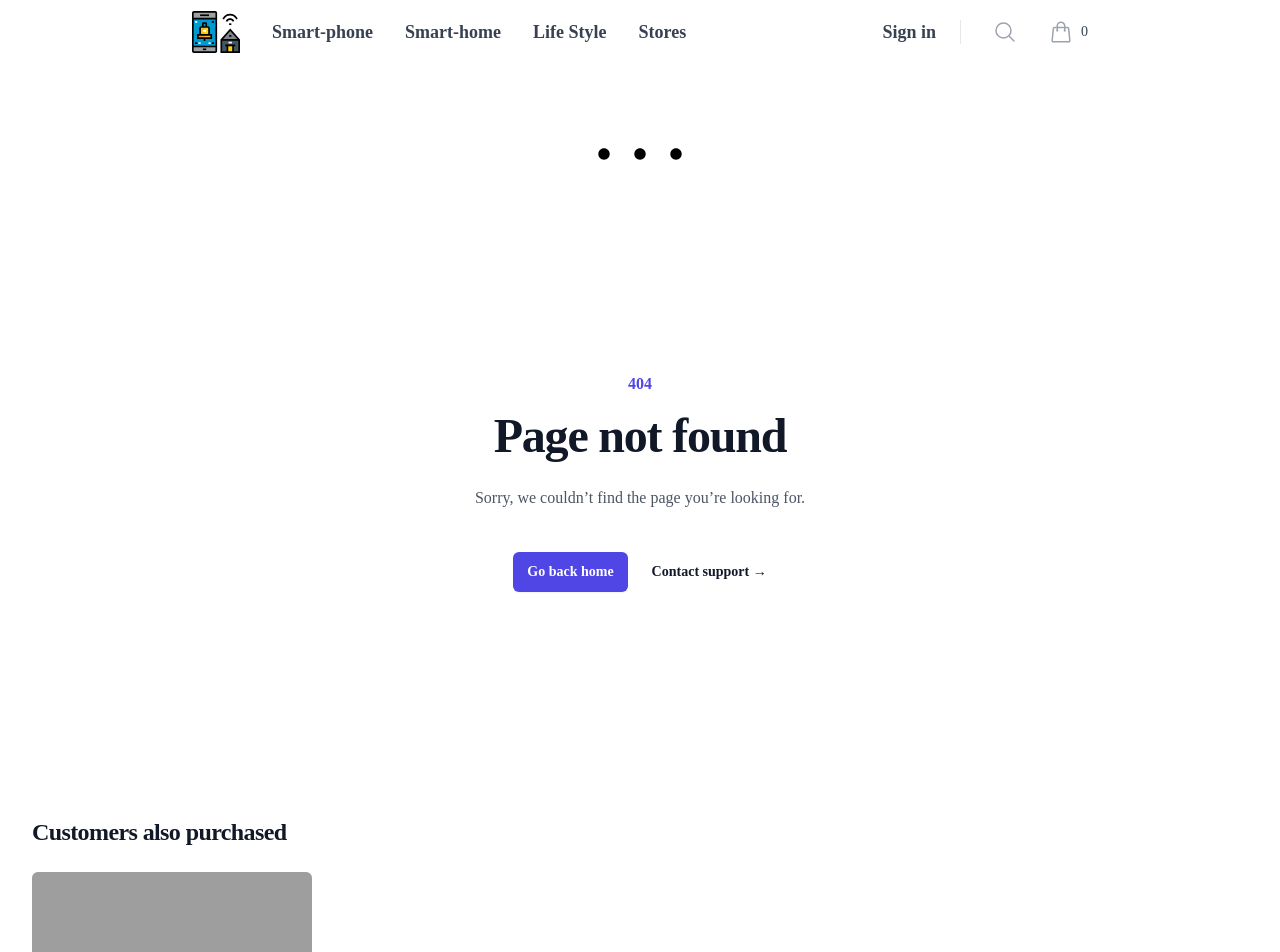
Repository: Gunplay/Smart-Home
Page: /
These files come from the project's save history. The page is drawn as it stood at one moment and after the next save; the edit follows.
The browser window is 1280 px wide. The pictures show the part of the page from y = 0 to 952 px (the page is 1964 px tall before and 1944 px after).
Pictures or frames that could not be fetched are drawn as grey boxes. The project was rebuilt for these pictures with package versions that can differ from the ones it lists, and the page was loaded fresh each time. Also part of the build but not shown: vite.config.js, vite.config.ts.

Above is the page before, as saved 2024-06-25 13:00:49.

### index.html
<!doctype html>
<html lang="en">

<head>
  <meta charset="UTF-8" />
  <link rel="icon" type="image/svg+xml" href="./src/assets/smart-home-svgrepo-com.svg" />
  <meta name="viewport" content="width=device-width, initial-scale=1.0" />
  <title>Smart-Home</title>
  <link real='stylesheet' href='src/style.css'>
</head>

<body>
  <div id="root"></div>

  <script type="module" src="/src/main.tsx"></script>
</body>

</html>

### src/main.tsx
import React from 'react';
import ReactDOM from 'react-dom/client';
import { BrowserRouter as Router } from 'react-router-dom';
import App from './App.tsx';
import './css/style.css';

ReactDOM.createRoot(document.getElementById('root')!).render(
	<React.StrictMode>
		<Router>
			<App />
		</Router>
	</React.StrictMode>
);

### src/App.tsx
// import { useState } from 'react';

// import reactLogo from './assets/react.svg';
// import viteLogo from '/vite.svg';
import AboutUs from './components/AboutUs';
import Carousel from './components/Carousel';
import Header from './components/Header';
import PageNotFound from './components/Page404';
import ProductsList from './components/ProductsList';

function App() {
	return (
		<>
			<div className='mr-[3.75rem] pt-[4.75rem] lg:pt-[5.25rem] overflow-hidden'>
				<Header />
				<Carousel />
			</div>
			<PageNotFound />

			<ProductsList />
			<AboutUs />
		</>
	);
}

export default App;

### src/components/AboutUs/index.tsx
const links = [
	{ name: 'Open roles', href: '#' },
	{ name: 'Internship program', href: '#' },
	{ name: 'Our values', href: '#' },
	{ name: 'Meet our leadership', href: '#' },
];
const stats = [
	{ name: 'Offices worldwide', value: '12' },
	{ name: 'Full-time colleagues', value: '300+' },
	{ name: 'Hours per week', value: '40' },
	{ name: 'Paid time off', value: 'Unlimited' },
];

export default function AboutUs() {
	return (
		<div className='relative isolate overflow-hidden bg-gray-900 py-24 sm:py-32'>
			<img
				src='https://images.unsplash.com/photo-1521737604893-d14cc237f11d?ixlib=rb-4.0.3&ixid=MnwxMjA3fDB8MHxwaG90by1wYWdlfHx8fGVufDB8fHx8&auto=format&fit=crop&crop=focalpoint&fp-y=.8&w=2830&h=1500&q=80&blend=111827&sat=-100&exp=15&blend-mode=multiply'
				alt=''
				className='absolute inset-0 -z-10 h-full w-full object-cover object-right md:object-center'
			/>
			<div
				className='hidden sm:absolute sm:-top-10 sm:right-1/2 sm:-z-10 sm:mr-10 sm:block sm:transform-gpu sm:blur-3xl'
				aria-hidden='true'
			>
				<div
					className='aspect-[1097/845] w-[68.5625rem] bg-gradient-to-tr from-[#ff4694] to-[#776fff] opacity-20'
					style={{
						clipPath:
							'polygon(74.1% 44.1%, 100% 61.6%, 97.5% 26.9%, 85.5% 0.1%, 80.7% 2%, 72.5% 32.5%, 60.2% 62.4%, 52.4% 68.1%, 47.5% 58.3%, 45.2% 34.5%, 27.5% 76.7%, 0.1% 64.9%, 17.9% 100%, 27.6% 76.8%, 76.1% 97.7%, 74.1% 44.1%)',
					}}
				/>
			</div>
			<div
				className='absolute -top-52 left-1/2 -z-10 -translate-x-1/2 transform-gpu blur-3xl sm:top-[-28rem] sm:ml-16 sm:translate-x-0 sm:transform-gpu'
				aria-hidden='true'
			>
				<div
					className='aspect-[1097/845] w-[68.5625rem] bg-gradient-to-tr from-[#ff4694] to-[#776fff] opacity-20'
					style={{
						clipPath:
							'polygon(74.1% 44.1%, 100% 61.6%, 97.5% 26.9%, 85.5% 0.1%, 80.7% 2%, 72.5% 32.5%, 60.2% 62.4%, 52.4% 68.1%, 47.5% 58.3%, 45.2% 34.5%, 27.5% 76.7%, 0.1% 64.9%, 17.9% 100%, 27.6% 76.8%, 76.1% 97.7%, 74.1% 44.1%)',
					}}
				/>
			</div>
			<div className='mx-auto max-w-7xl px-6 lg:px-8'>
				<div className='mx-auto max-w-2xl lg:mx-0'>
					<h2 className='text-4xl font-bold tracking-tight text-white sm:text-6xl'>
						Work with us
					</h2>
					<p className='mt-6 text-lg leading-8 text-gray-300'>
						Anim aute id magna aliqua ad ad non deserunt sunt. Qui irure qui
						lorem cupidatat commodo. Elit sunt amet fugiat veniam occaecat
						fugiat aliqua.
					</p>
				</div>
				<div className='mx-auto mt-10 max-w-2xl lg:mx-0 lg:max-w-none'>
					<div className='grid grid-cols-1 gap-x-8 gap-y-6 text-base font-semibold leading-7 text-white sm:grid-cols-2 md:flex lg:gap-x-10'>
						{links.map(link => (
							<a key={link.name} href={link.href}>
								{link.name} <span aria-hidden='true'>&rarr;</span>
							</a>
						))}
					</div>
					<dl className='mt-16 grid grid-cols-1 gap-8 sm:mt-20 sm:grid-cols-2 lg:grid-cols-4'>
						{stats.map(stat => (
							<div key={stat.name} className='flex flex-col-reverse'>
								<dt className='text-base leading-7 text-gray-300'>
									{stat.name}
								</dt>
								<dd className='text-2xl font-bold leading-9 tracking-tight text-white'>
									{stat.value}
								</dd>
							</div>
						))}
					</dl>
				</div>
			</div>
		</div>
	);
}

### src/components/Carousel/index.tsx
import { SetStateAction, useState } from 'react';
import { BsChevronCompactLeft, BsChevronCompactRight } from 'react-icons/bs';
import { RxDotFilled } from 'react-icons/rx';
import slideOne from '/src/assets/slider-1.jpg';
import slideTwo from '/src/assets/slider-2.jpg';
import slideThree from '/src/assets/slider-3.jpg';
const slides = [
	{
		url: slideOne,
		id: 0,
	},
	{
		url: slideTwo,
		id: 1,
	},
	{
		url: slideThree,
		id: 2,
	},
];
const Carousel = () => {
	const [currentIndex, setCurrentIndex] = useState(0);

	const prevSlide = () => {
		const isFirstSlide = currentIndex === 0;
		const newIndex = isFirstSlide ? slides.length - 1 : currentIndex - 1;
		setCurrentIndex(newIndex);
	};

	const nextSlide = () => {
		const isLastSlide = currentIndex === slides.length - 1;
		const newIndex = isLastSlide ? 0 : currentIndex + 1;
		setCurrentIndex(newIndex);
	};

	const goToSlide = (slideIndex: SetStateAction<number>) => {
		console.log(slideIndex);
		setCurrentIndex(slideIndex);
	};
	return (
		<div className='h-[780px] w-full m-auto py-16 relative group'>
			<div
				style={{ backgroundImage: `url(${slides[currentIndex].url})` }}
				className='w-full h-full bg-center bg-cover duration-500'
			></div>
			<div className='hidden group-hover:block absolute top-[50%] -translate-x-0 translate-y-[-50%] left-5 text-2xl rounded-full p-2 bg-black/20 text-white cursor-pointer'>
				<BsChevronCompactLeft size={30} onClick={prevSlide} />
			</div>
			<div className='hidden group-hover:block absolute top-[50%] translate-y-[-50%] right-5 text-2xl rounded-full p-2 bg-black/20 text-white cursor-pointer'>
				<BsChevronCompactRight size={30} onClick={nextSlide} />
			</div>
			<div className='flex top-4 justify-center py-2'>
				{slides.map((slide, slideIndex) => (
					<div
						key={slideIndex}
						className='text-4xl cursor-pointer'
						onClick={() => goToSlide(slideIndex)}
					>
						<RxDotFilled />
					</div>
				))}
			</div>
		</div>
	);
};

export default Carousel;

### src/components/Page404/index.tsx
export default function PageNotFound() {
	return (
		<>
			{/*
        This example requires updating your template:

        ```
        <html class="h-full">
        <body class="h-full">
        ```
      */}
			<main className='grid min-h-full place-items-center bg-white px-6 py-24 sm:py-32 lg:px-8'>
				<div className='text-center'>
					<p className='text-base font-semibold text-indigo-600'>404</p>
					<h1 className='mt-4 text-3xl font-bold tracking-tight text-gray-900 sm:text-5xl'>
						Page not found
					</h1>
					<p className='mt-6 text-base leading-7 text-gray-600'>
						Sorry, we couldn’t find the page you’re looking for.
					</p>
					<div className='mt-10 flex items-center justify-center gap-x-6'>
						<a
							href='#'
							className='rounded-md bg-indigo-600 px-3.5 py-2.5 text-sm font-semibold text-white shadow-sm hover:bg-indigo-500 focus-visible:outline focus-visible:outline-2 focus-visible:outline-offset-2 focus-visible:outline-indigo-600'
						>
							Go back home
						</a>
						<a href='#' className='text-sm font-semibold text-gray-900'>
							Contact support <span aria-hidden='true'>&rarr;</span>
						</a>
					</div>
				</div>
			</main>
		</>
	);
}

### src/components/ProductsList/index.tsx
/*
  This example requires some changes to your config:

  ```
  // tailwind.config.js
  module.exports = {
    // ...
    plugins: [
      // ...
      require('@tailwindcss/aspect-ratio'),
    ],
  }
  ```
*/
const products = [
	{
		id: 1,
		name: 'Basic Tee',
		href: '#',
		imageSrc:
			'https://tailwindui.com/img/ecommerce-images/product-page-01-related-product-01.jpg',
		imageAlt: "Front of men's Basic Tee in black.",
		price: '$35',
		color: 'Black',
	},
	// More products...
];

export default function ProductsList() {
	return (
		<div className='bg-white'>
			<div className='mx-auto max-w-2xl px-4 py-16 sm:px-6 sm:py-24 lg:max-w-7xl lg:px-8'>
				<h2 className='text-2xl font-bold tracking-tight text-gray-900'>
					Customers also purchased
				</h2>

				<div className='mt-6 grid grid-cols-1 gap-x-6 gap-y-10 sm:grid-cols-2 lg:grid-cols-4 xl:gap-x-8'>
					{products.map(product => (
						<div key={product.id} className='group relative'>
							<div className='aspect-h-1 aspect-w-1 w-full overflow-hidden rounded-md bg-gray-200 lg:aspect-none group-hover:opacity-75 lg:h-80'>
								<img
									src={product.imageSrc}
									alt={product.imageAlt}
									className='h-full w-full object-cover object-center lg:h-full lg:w-full'
								/>
							</div>
							<div className='mt-4 flex justify-between'>
								<div>
									<h3 className='text-sm text-gray-700'>
										<a href={product.href}>
											<span aria-hidden='true' className='absolute inset-0' />
											{product.name}
										</a>
									</h3>
									<p className='mt-1 text-sm text-gray-500'>{product.color}</p>
								</div>
								<p className='text-sm font-medium text-gray-900'>
									{product.price}
								</p>
							</div>
						</div>
					))}
				</div>
			</div>
		</div>
	);
}

Loaded but not shown: src/css/style.css (1876 lines, source omitted); src/components/Header/index.tsx (539 lines, source omitted)

After the next save:
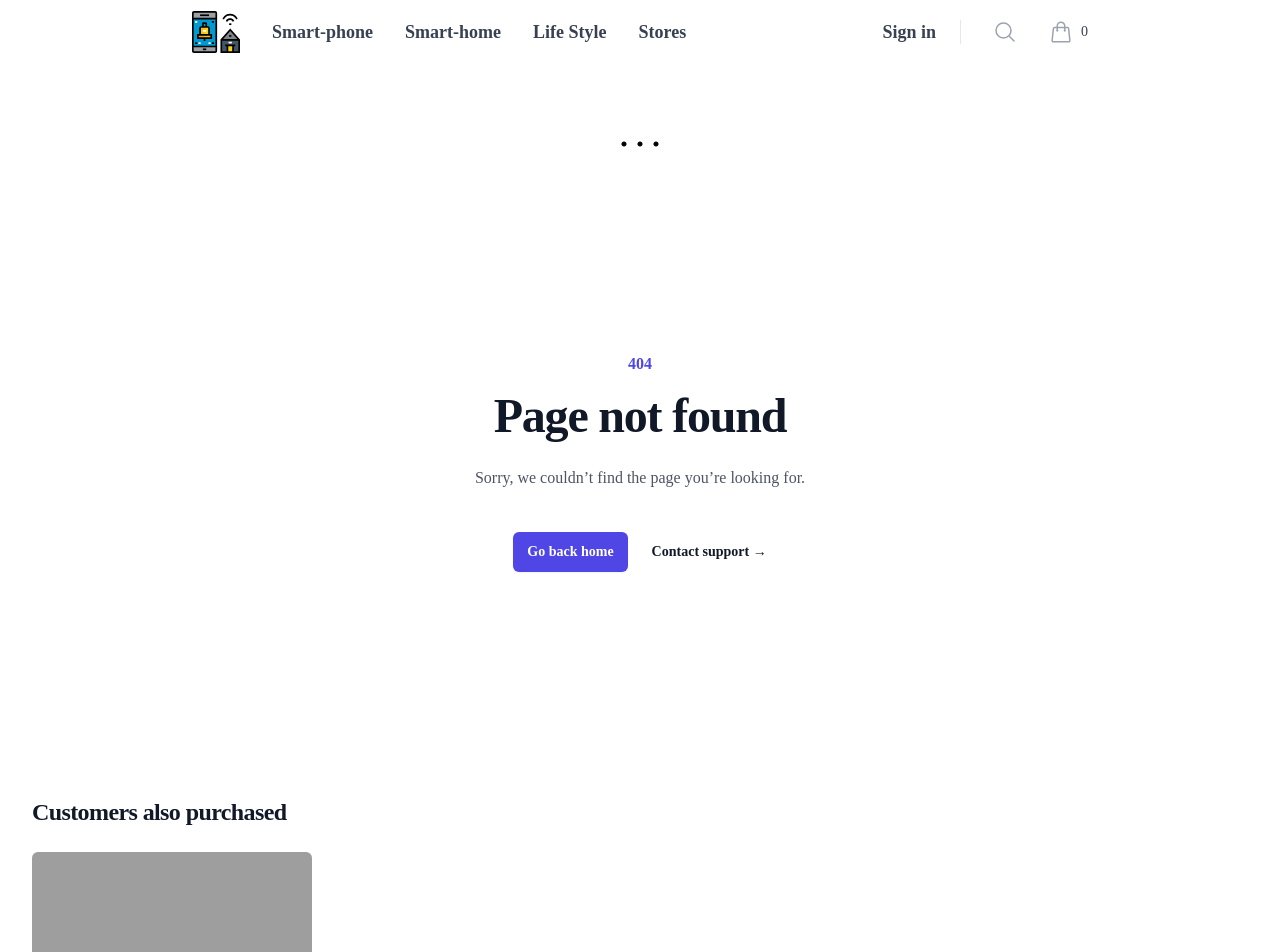
Saved 9 s later.
--- a/src/components/Carousel/index.tsx
+++ b/src/components/Carousel/index.tsx
@@ -53,7 +53,7 @@ const Carousel = () => {
 				{slides.map((slide, slideIndex) => (
 					<div
 						key={slideIndex}
-						className='text-4xl cursor-pointer'
+						className='text-xl cursor-pointer w-4'
 						onClick={() => goToSlide(slideIndex)}
 					>
 						<RxDotFilled />
